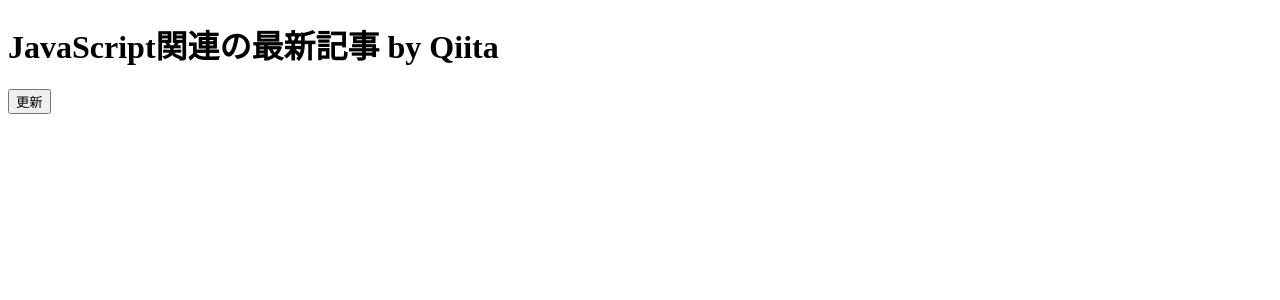
Repository: matsugasaki/samazon
Page: Javascript 基礎/演習問題/11.1ripojitorisousu.html
The author's editor kept a record of every edit. The page is drawn from the files as they stood at one moment, then again after the next edit.
The browser window is 1280 px wide. The pictures show the whole page.

Above is the page before.

### Javascript 基礎/演習問題/11.1ripojitorisousu.html
<!DOCTYPE html>
<html lang="ja">
<head>
  <meta charset="UTF-8">
  <meta http-equiv="X-UA-Compatible" content="IE=edge">
  <meta name="viewport" content="width=device-width, initial-scale=1.0">
  <title>template(雛形)</title>
</head>
<body>
 <h1>JavaScript関連の最新記事 by Qiita</h1>

 <button id="btn">更新</button>
 <ul id="list"></ul>

  <script>
  const url = 'https://api.github.com/search/repositories?q=javascript';
  const btn = document.getElementById('btn');
  const list = document.getElementById('list');

  const createList = item => {
    const li = document.createElement('li');
    const a = document.createElement('a');

    a.href = item.url;
    li.textContent = item.title;

    a.appendChild('li');
    list.appendChild(a);

  }

  btn.addEventListener('click', () => {
    list.innerHTML = ''; // 結果表示部分をリセット

    fetch(url)
    .then(data => data.json())
    .then(data => {
      data.forEach(item => createList(item))
    })
  })
  </script>
</body>
</html>

After the next edit:
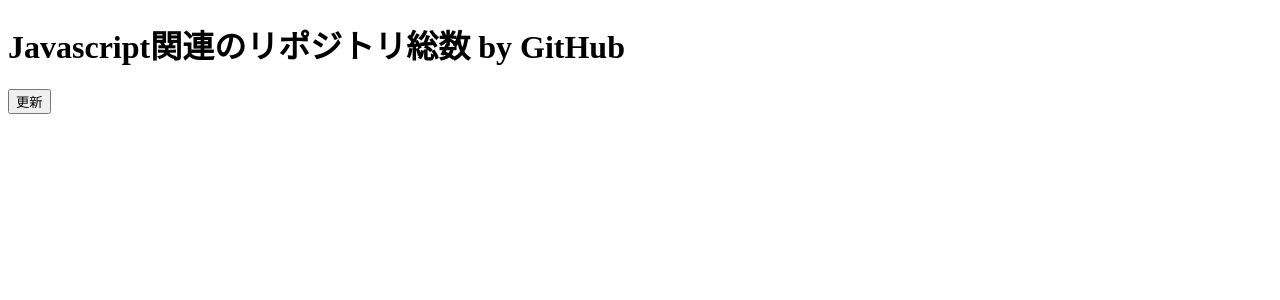
The edit:
--- a/Javascript 基礎/演習問題/11.1ripojitorisousu.html
+++ b/Javascript 基礎/演習問題/11.1ripojitorisousu.html
@@ -7,7 +7,7 @@
   <title>template(雛形)</title>
 </head>
 <body>
- <h1>JavaScript関連の最新記事 by Qiita</h1>
+ <h1>Javascript関連のリポジトリ総数 by GitHub</h1>
 
  <button id="btn">更新</button>
  <ul id="list"></ul>
